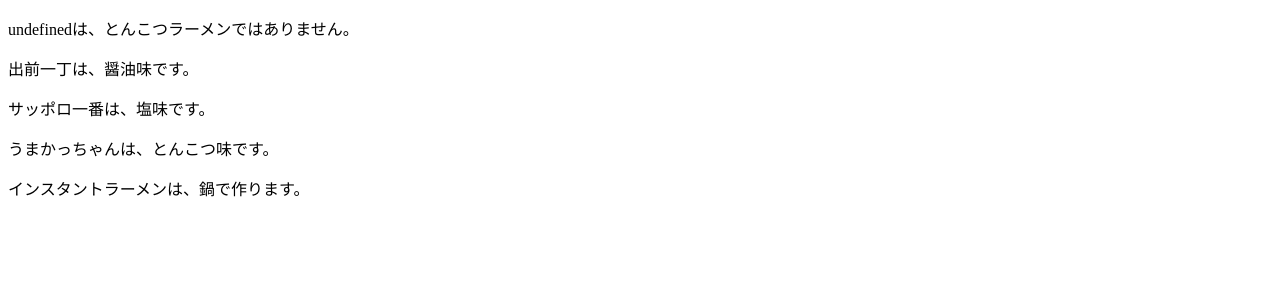
Repository: matsuryu0325/18_JS_practise
Page: 0422/ramen2.html
The author's editor kept a copy of each file at every save. The page is drawn from the files as they stood at one save, then again after a run of saves.
The browser window is 1280 px wide. The pictures show the whole page.

Above is the page before, as saved 2024-04-22 10:39:41.

After the next 2 saves:
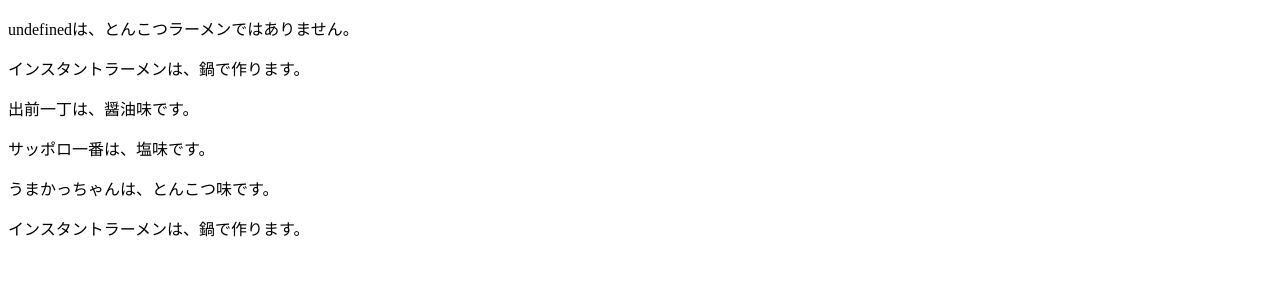
The 2 saves are shown as one change because they came seconds apart.
The last was saved 87 s later.
--- a/0422/ramen2.html
+++ b/0422/ramen2.html
@@ -62,6 +62,9 @@
             }
         }
 
+        document.body.insertAdjacentHTML('beforeend', InstantNoodle.making());
+
+
         /* //インスタンス化
         const soltRamen = new InstantNoodle("サッポロ一番", "塩");
         console.log(soltRamen);//オブジェクト

After the save that followed:
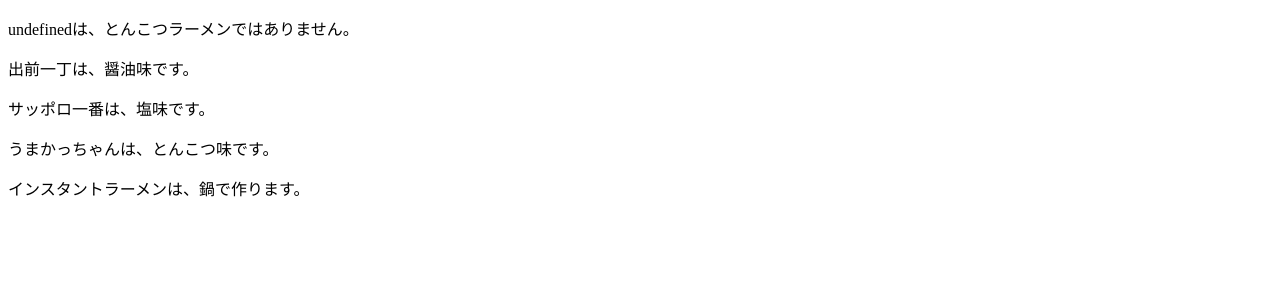
Saved 22 s later.
--- a/0422/ramen2.html
+++ b/0422/ramen2.html
@@ -62,7 +62,6 @@
             }
         }
 
-        document.body.insertAdjacentHTML('beforeend', InstantNoodle.making());
 
 
         /* //インスタンス化
